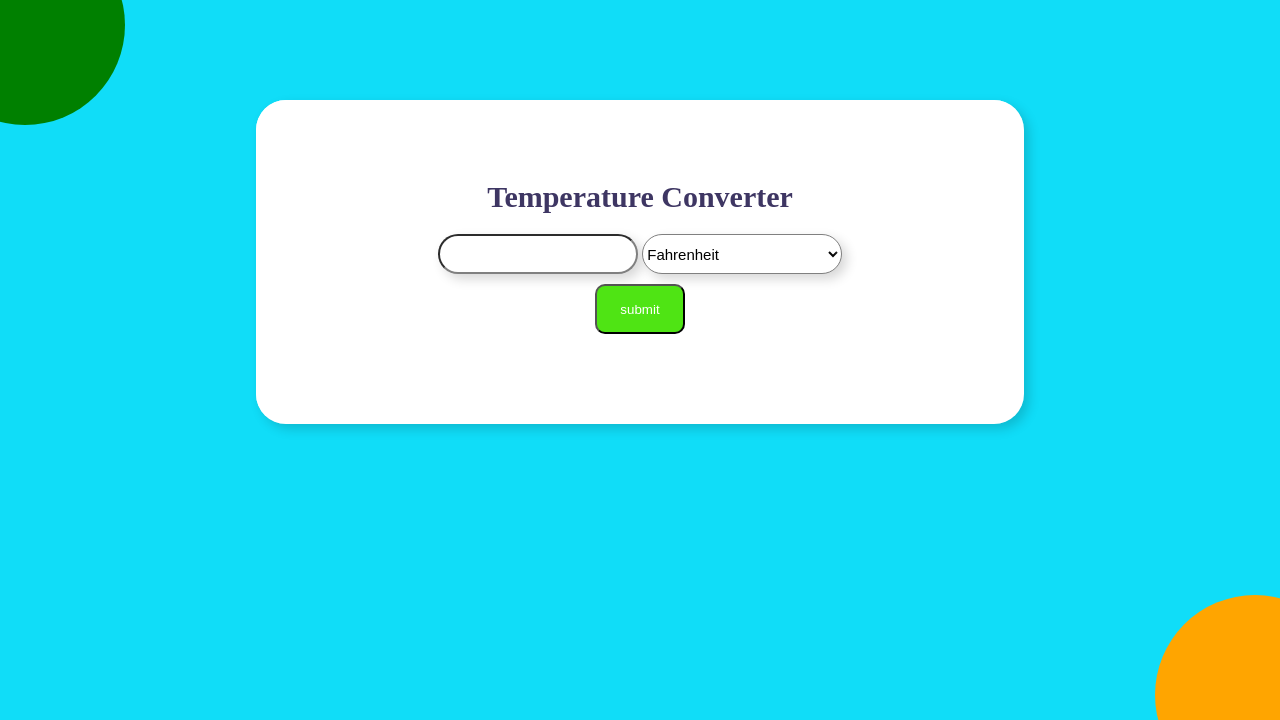
Repository: Mayur2905/OIBSIP
Page: Task-4/index.html
These files come from the project's save history. The page is drawn as it stood at one moment and after the next save; the edit follows.
The browser window is 1280 px wide. The pictures show the whole page.

Above is the page before, as saved 2022-02-03 23:48:48.

After the next save:
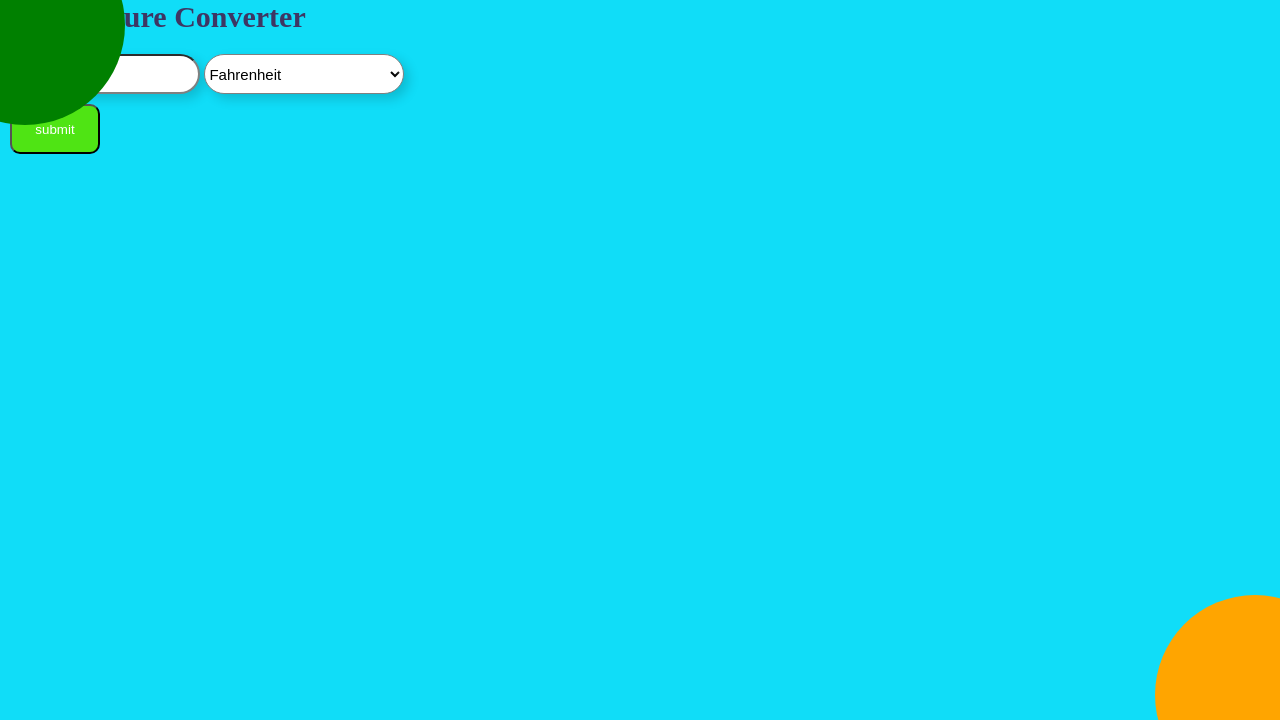
Saved 32 s later.
--- a/Task-4/index.html
+++ b/Task-4/index.html
@@ -9,7 +9,7 @@
 </head>
 <body>
     <div class="bg-balls">
-        <form id="tempCalc" onsubmit="convert(); return false">
+        <div id="tempCalc" onsubmit="convert(); return false">
             <label for="temp">Temperature Converter</label><br/>
             <input type="text" name="temp" id="temp">
             <select name="temp_diff" id="type">
@@ -18,7 +18,7 @@
             </select><br/>
             <input id="btn" type="submit" value="submit" name="temp">
             <div id="result"></div>
-        </form>
+        </div>
         <script type = "text/javascript" src="script.js"></script>
     </div>
 </body>

After the 2 saves that followed:
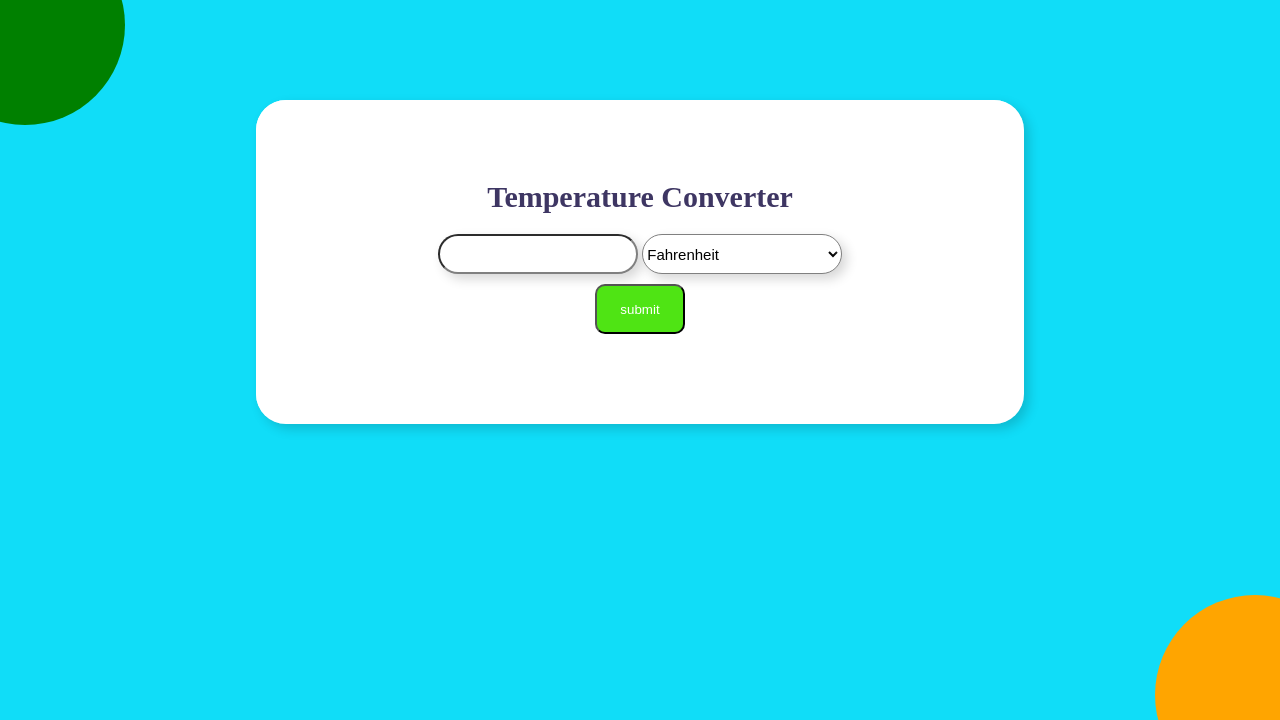
The 2 saves are shown as one change because 1 left the picture as it was.
The last was saved 2 min 25 s later.
--- a/Task-4/index.html
+++ b/Task-4/index.html
@@ -9,14 +9,14 @@
 </head>
 <body>
     <div class="bg-balls">
-        <div id="tempCalc" onsubmit="convert(); return false">
+        <div id="tempCalc">
             <label for="temp">Temperature Converter</label><br/>
             <input type="text" name="temp" id="temp">
             <select name="temp_diff" id="type">
                 <option value="fah">Fahrenheit</option>
                 <option value="Kel">Kelvin</option>
             </select><br/>
-            <input id="btn" type="submit" value="submit" name="temp">
+            <input id="btn" type="submit" onclick="convert()" value="submit" name="temp">
             <div id="result"></div>
         </div>
         <script type = "text/javascript" src="script.js"></script>
--- a/Task-4/style.css
+++ b/Task-4/style.css
@@ -13,7 +13,7 @@ body {
   align-items: center;
 }
 
-form {
+#tempCalc {
   background-color: #ffffff;
   padding: 80px;
   width: 60%;
